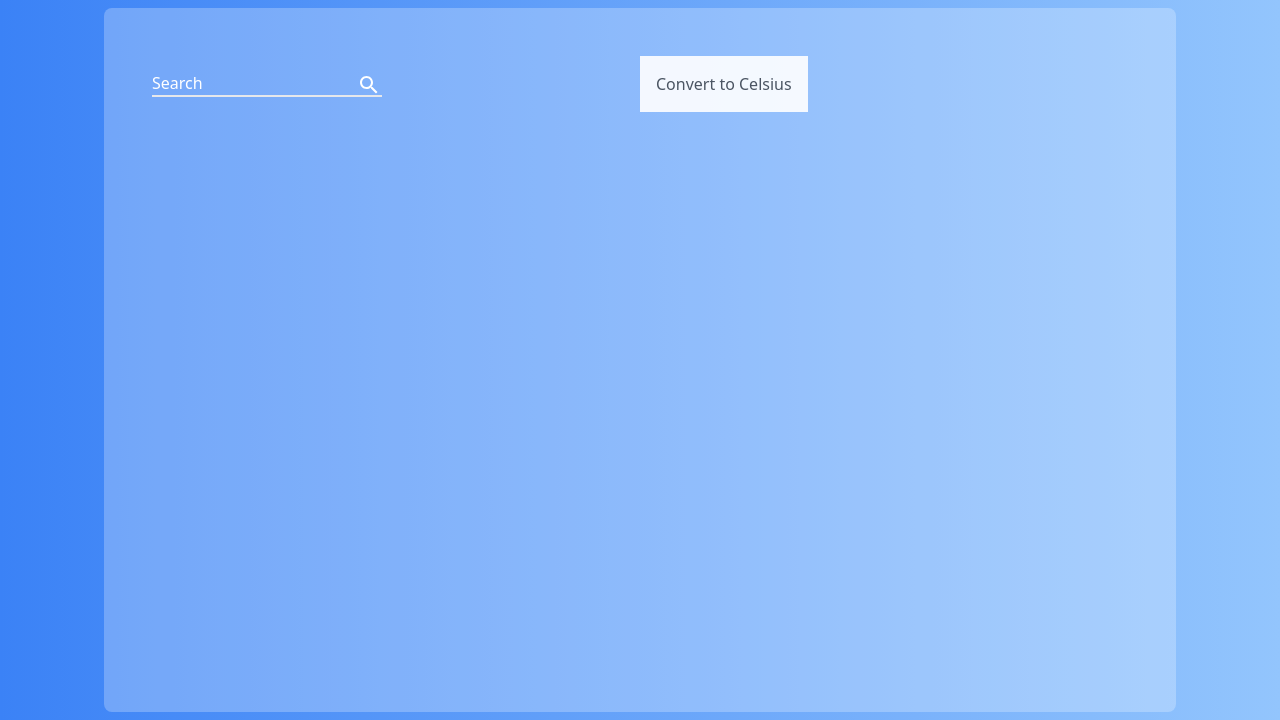
Repository: DevAntonioRogers/react-weatherapp-v2
Page: /
The author's editor kept a copy of each file at every save. The page is drawn from the files as they stood at one save, then again after the next save.
The browser window is 1280 px wide. The pictures show the whole page.
The project was rebuilt for these pictures with package versions that can differ from the ones it lists, and the page was loaded fresh each time. The framework's server and built-in components were replaced by stand-ins that run in the browser. Also part of the build but not shown: next.config.js.

Above is the page before, as saved 2023-05-18 23:23:34.

After the next save:
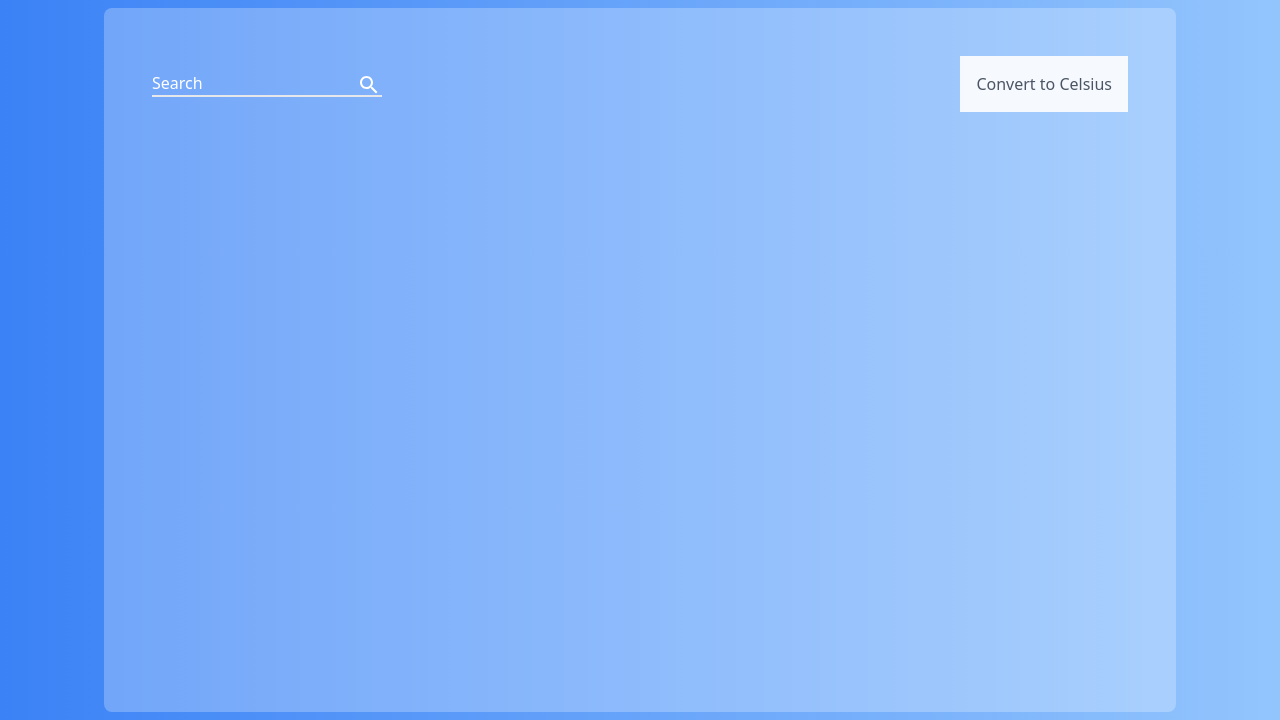
Saved 23 s later.
--- a/app/components/Conversion.tsx
+++ b/app/components/Conversion.tsx
@@ -2,7 +2,7 @@ import React from "react";
 
 const Conversion = () => {
   return (
-    <div className="w-1/2">
+    <div className="">
       <button className="bg-white/90 p-4 text-gray-600">Convert to Celsius</button>
     </div>
   );
